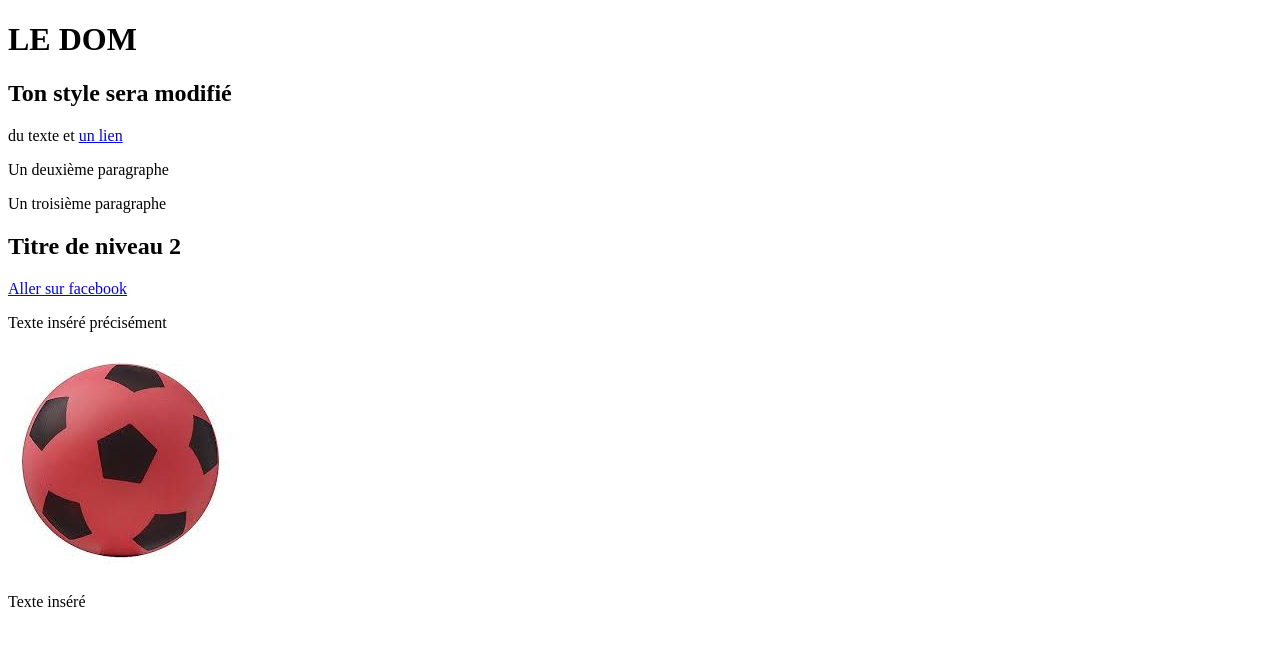
Repository: serviceshuios/Git-Aix-Web
Page: avance-html-css-js/WebContent/index.html
These files come from the project's save history. The page is drawn as it stood at one moment and after the next save; the edit follows.
The browser window is 1280 px wide. The pictures show the whole page.

Above is the page before, as saved 2018-10-24 14:03:06.

### avance-html-css-js/WebContent/index.html
<!DOCTYPE html>
<html>
	<head>
		<meta charset="utf-8"/>
		<title>MODIFICATION HTML</title>
		<link rel="stylesheet" href="css/style.css"/>

	</head>
	<body>
		<h1 id="gros_titre">LE DOM</h1>
		<h2>Ton style sera modifié</h2>
		<p>du texte et <a href="http://www.google.com">un lien</a></p>
		<p>Un deuxième paragraphe</p>
		<p class="maClasse">Un troisième paragraphe</p>
		<h2 class="maClasse">Titre de niveau 2</h2>
		<a href="http://www.facebook.com">Aller sur facebook</a>
		<img src="img/ballon1.jpg" alt="Ballon"/>
<!-- 		<script src="js/script.js"></script> -->
<!-- 		<script src="js/modification.js"></script> -->
			<script src="js/ajout.js"></script>
	</body>
</html>

### avance-html-css-js/WebContent/css/style.css
@charset "utf-8";
.modif {
	background-color: yellow;
	font-size: 40px;
	text-transform: uppercase;
	text-align: center;
}
.maClasse {

}

#para {
	text-transform: uppercase;
}

### avance-html-css-js/WebContent/js/ajout.js
//on crée un element de type p
var nouveauPara = document.createElement("p");

// créer un noeud de type texte
var texte = document.createTextNode("Texte inséré");

// on insère le texte dans notre paragraphe
nouveauPara.appendChild(texte);

//on ajoute au body
document.body.appendChild(nouveauPara);

// inserer avant un élément donné

//-----------on crée un element de type p-------------
var nouveauPara2 = document.createElement("p");
// créer un noeud de type texte
var texte2 = document.createTextNode("Texte inséré précisément");
// on insère le texte dans notre paragraphe
nouveauPara2.appendChild(texte2);
//on récupère la position de l'élément à insérer avant
var ballon = document.querySelector("img");
//on insère avant cet élement
document.body.insertBefore(nouveauPara2,ballon);

Loaded but not shown: avance-html-css-js/WebContent/js/suppression.js (common file)

After the next save:
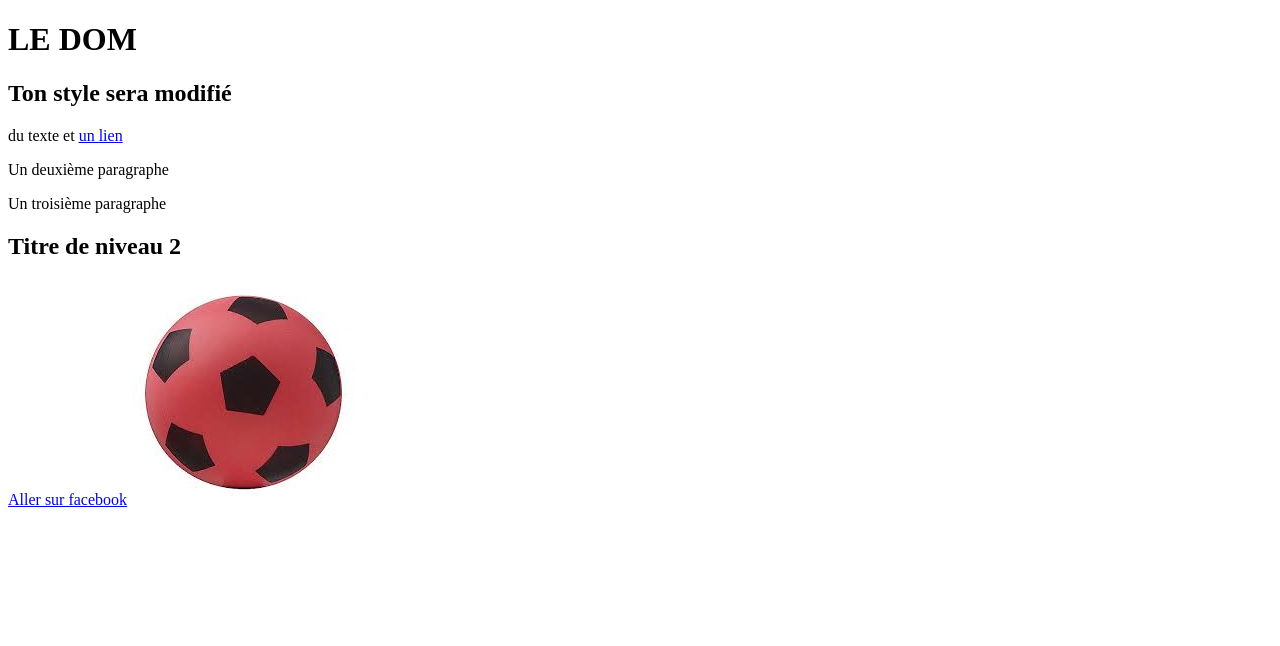
Saved 37 s later.
--- a/avance-html-css-js/WebContent/index.html
+++ b/avance-html-css-js/WebContent/index.html
@@ -17,6 +17,7 @@
 		<img src="img/ballon1.jpg" alt="Ballon"/>
 <!-- 		<script src="js/script.js"></script> -->
 <!-- 		<script src="js/modification.js"></script> -->
-			<script src="js/ajout.js"></script>
+<!-- 		<script src="js/ajout.js"></script> -->
+			<script src="js/suppression.js"></script>
 	</body>
 </html>
